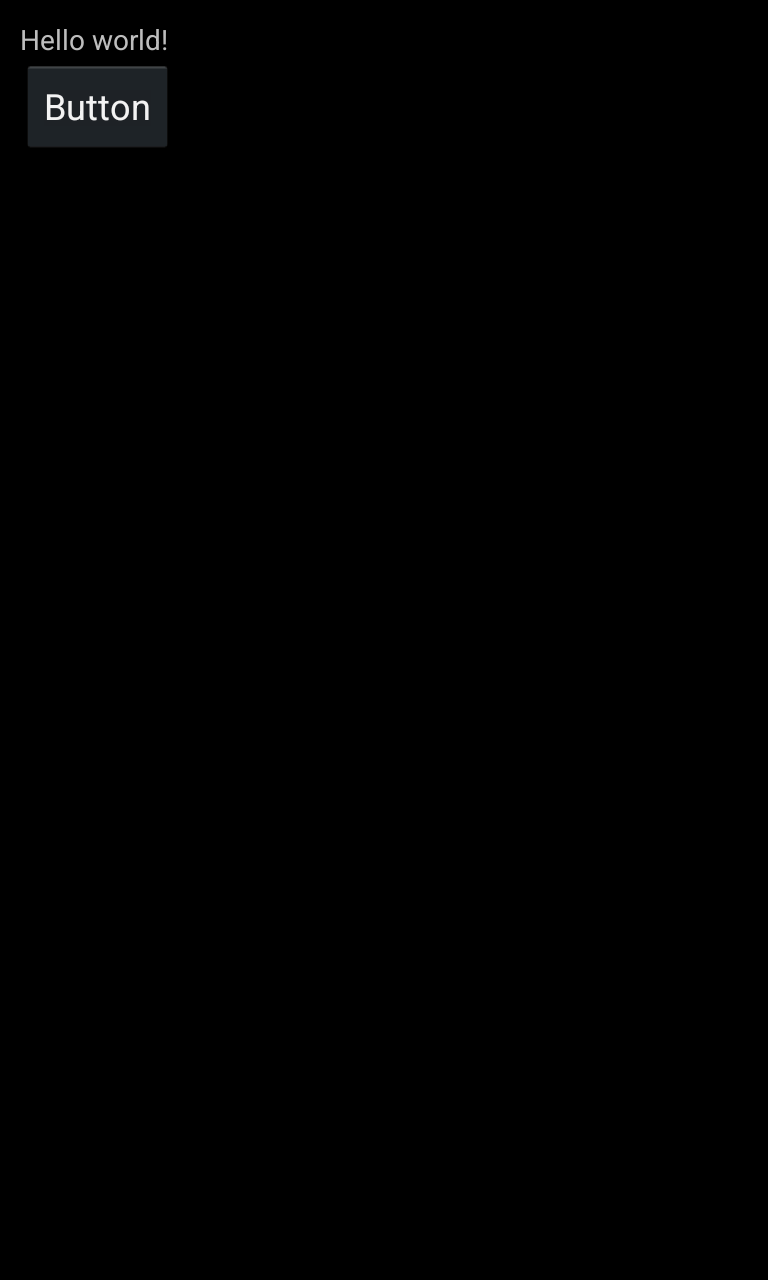
Repository: Adammdit/DT2283GUI
Layout: GunSmoke/res/layout/activity_receipt.xml
The author's editor kept a copy of each file at every save. The layout is drawn from the files as they stood at one save, then again after the next save.
It is drawn on a 768 x 1280 px phone screen (xhdpi) without system bars, with theme android:Theme.Holo; the app's code is not run.

Above is the layout before, as saved 2014-11-09 14:21:59.

### GunSmoke/res/layout/activity_receipt.xml
<LinearLayout xmlns:android="http://schemas.android.com/apk/res/android"
    xmlns:tools="http://schemas.android.com/tools"
    android:id="@+id/LinearLayout1"
    android:layout_width="match_parent"
    android:layout_height="match_parent"
    android:paddingBottom="10dp"
    android:paddingLeft="10dp"
    android:paddingRight="10dp"
    android:paddingTop="10dp"
    android:orientation="vertical" >

    <TextView
        android:id="@+id/receiptName"
        android:layout_width="wrap_content"
        android:layout_height="wrap_content"
        android:text="@string/hello_world" />

    <Button
        android:id="@+id/confirm"
        android:layout_width="wrap_content"
        android:layout_height="wrap_content"
        android:layout_alignParentBottom="true"
        android:layout_centerHorizontal="true"
        android:layout_marginBottom="120dp"
        android:text="Button" />

</LinearLayout>

### GunSmoke/res/values/strings.xml
<?xml version="1.0" encoding="utf-8"?>
<resources>

    <string name="app_name">GunSmoke</string>
    <string name="title">Details form:</string>
    <string name="mainLabel">Main list</string>
    <string name="nameLabel">NAME : </string>
    <string name="ageLabel">AGE : </string>
    <string name="emailLabel">EMAIL : </string>
    <string name="budgetLabel">BUDGET : </string>
    <string name="female">Female</string>
    <string name="male">Male</string>
    <string name="buttonLabel">Continue</string>
    <string name="title_activity_splash_screen">SplashScreen</string>
    <string name="splash_info">All prices excludes vat = 21%</string>
    <string name="title_activity_details_form">DetailsForm</string>
    <string name="budgetHint">Enter available budget</string>
    <string name="emailHint">Enter your email address</string>
    <string name="ageHint">Enter your age</string>
    <string name="formInfo">Please register first :</string>
    <string name="nameHint">Enter your name</string>

    <!-- List of job titles -->
    <string-array name="jobTitles">
        <item>Select your job</item>
        <item>Accountancy, banking and finance</item>
        <item>Animal and plant resources</item>
        <item>Advertising, marketing and PR</item>
        <item>Business, consulting and management</item>
        <item>Charity and voluntary work</item>
        <item>Creative arts and design</item>
        <item>Education</item>
        <item>Engineering, manufacturing and production</item>
        <item>Healthcare</item>
        <item>Human resources and employment</item>
        <item>Information services</item>
        <item>Information technology</item>
        <item>Insurance and pensions</item>
        <item>Law</item>
        <item>Leisure, sport and tourism</item>
        <item>Media and broadcasting</item>
        <item>Performing arts</item>
        <item>Publishing and journalism</item>
        <item>Scientific services</item>
        <item>Transport, logistics and distribution</item>
    </string-array>
    <!-- Melee weapones -->
    <string-array name="melee">
        <item>Knife</item>
        <item>Machete</item>
        <item>Maltador</item>
        <item>Galstead</item>
        <item>Throwing knife</item>
        <item>Ubuntu</item>
        <item>Windows7</item>
        <item>Max OS X</item>
        <item>Linux</item>
        <item>OS/2</item>
    </string-array>

    <string name="title_activity_receipt">Receipt</string>
    <string name="hello_world">Hello world!</string>

</resources>

After the next save:
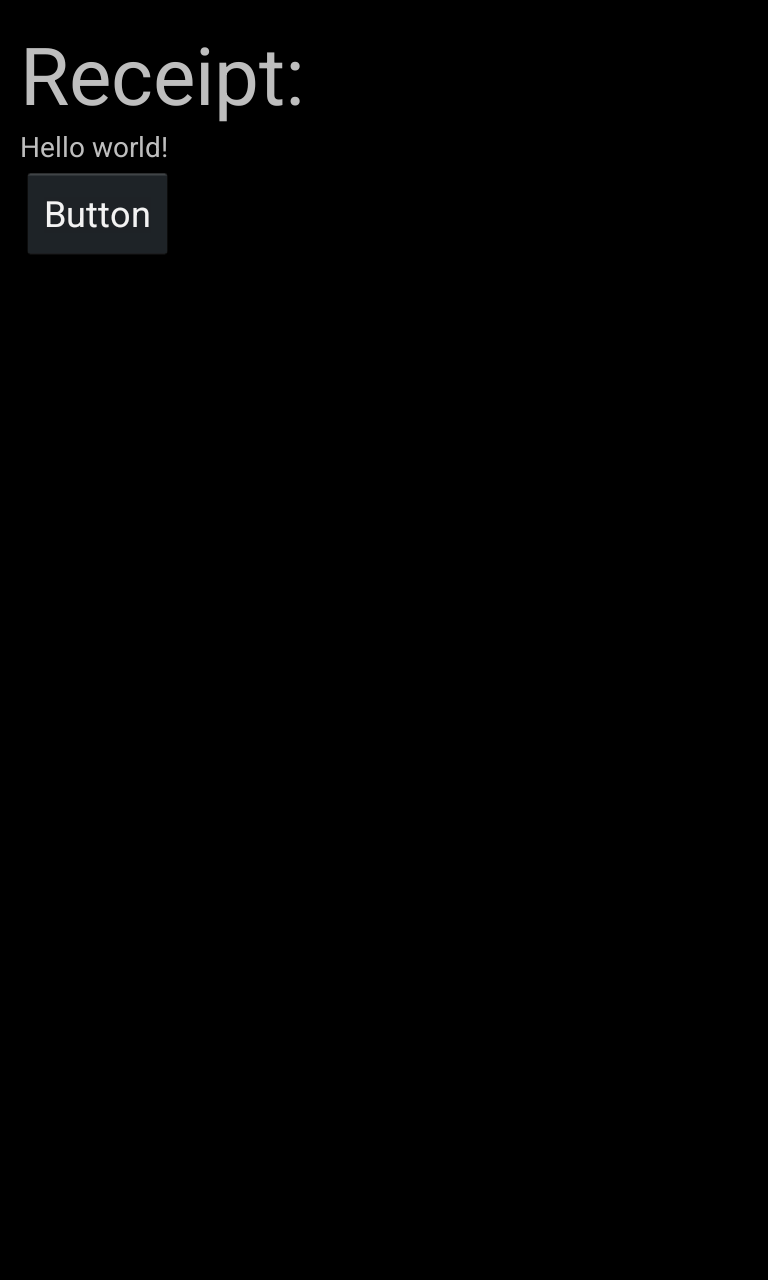
Saved 96 s later.
--- a/GunSmoke/res/layout/activity_receipt.xml
+++ b/GunSmoke/res/layout/activity_receipt.xml
@@ -10,6 +10,13 @@
     android:orientation="vertical" >
 
     <TextView
+        android:id="@+id/textView1"
+        android:layout_width="wrap_content"
+        android:layout_height="wrap_content"
+        android:text="Receipt:"
+        android:textSize="40sp" />
+
+    <TextView
         android:id="@+id/receiptName"
         android:layout_width="wrap_content"
         android:layout_height="wrap_content"
@@ -19,8 +26,6 @@
         android:id="@+id/confirm"
         android:layout_width="wrap_content"
         android:layout_height="wrap_content"
-        android:layout_alignParentBottom="true"
-        android:layout_centerHorizontal="true"
         android:layout_marginBottom="120dp"
         android:text="Button" />
 
